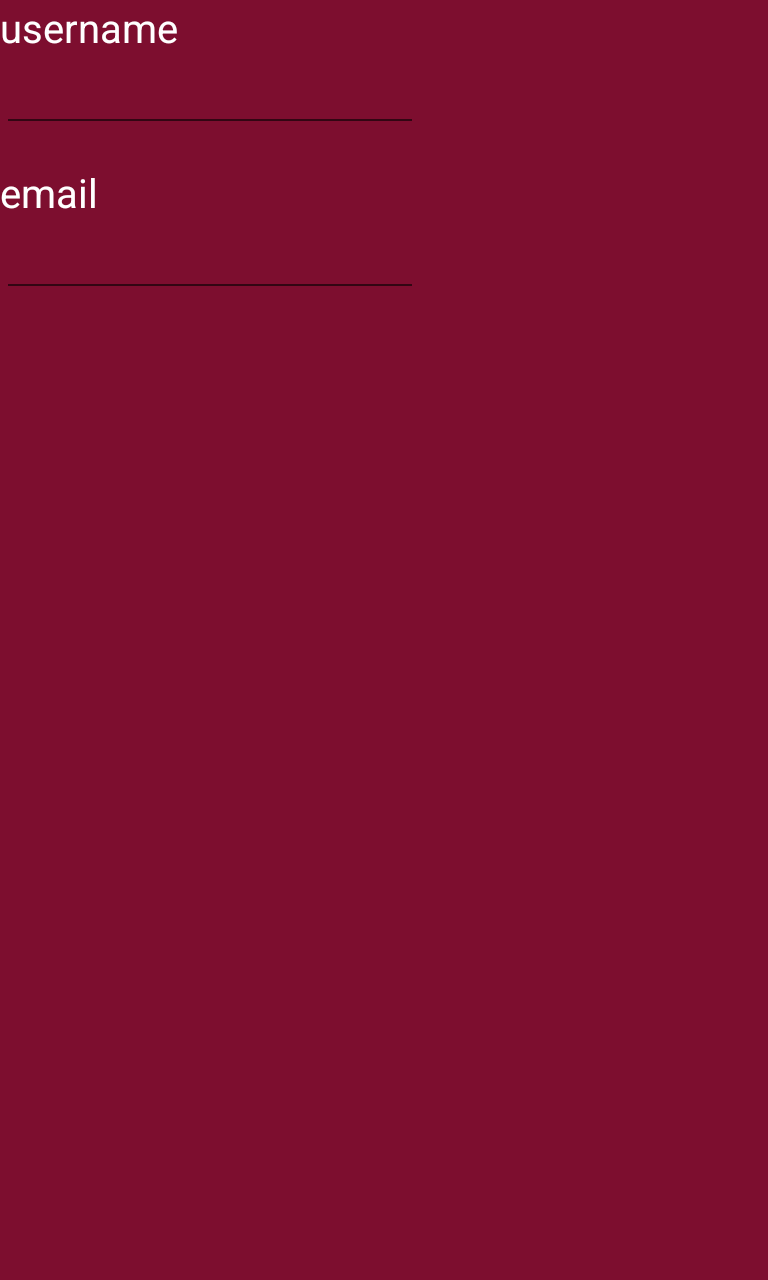
Repository: janemuthoni/icon
Layout: Exam/res/layout/register.xml
These files come from the project's save history. The layout is drawn as it stood at one moment and after the next save; the edit follows.
It is drawn on a 768 x 1280 px phone screen (xhdpi) without system bars, with theme AppTheme; the app's code is not run.

Above is the layout before, as saved 2014-08-07 07:09:23.

### Exam/res/layout/register.xml
<?xml version="1.0" encoding="utf-8"?>
<LinearLayout xmlns:android="http://schemas.android.com/apk/res/android"
    android:layout_width="match_parent"
    android:layout_height="match_parent"
    android:orientation="vertical"
    android:background="@color/violet">
     <TextView
           android:id="@+id/username"
           android:layout_width="wrap_content"
           android:layout_height="wrap_content"
           android:text="@string/Username"
           android:textSize="20sp"
           android:textColor="@color/white" />

       <EditText
           android:id="@+id/editText2"
           android:layout_width="wrap_content"
           android:layout_height="wrap_content"
           android:ems="10"
           android:inputType="textPersonName" />

       <TextView
           android:id="@+id/email"
           android:text="@string/email"
           android:textColor="@color/white"
           android:layout_width="wrap_content"
           android:layout_height="wrap_content"
           android:layout_marginTop="14dp"
           android:textSize="20sp" />

       <EditText
           android:id="@+id/editText4"
           android:layout_width="wrap_content"
           android:layout_height="wrap_content"
           android:ems="10"
           android:inputType="textEmailAddress" />



</LinearLayout>

### Exam/res/values/color.xml
<?xml version="1.0" encoding="utf-8"?>
<resources>
     <color name="grey">#A49F99</color>
      <color name="blue">#170674</color>
      <color name="green">#C81B1B</color>
      <color name="lightgreen">#7FDC33</color>
      <color name="darkgrey">#666D61</color>
      <color name="white">#FFFFFF</color>
      <color name="black">#1F1D1D</color>
      <color name="pink">#E1FBA2F7</color>
      <color name="lightgrey">#EBE0E3</color>
      <color name="cyan">#5CAD7C</color>
      <color name="greengrass">#08893C</color>
      <color name="yellow">#FDFF4F</color>
      <color name="violet">#7D0E2F</color>


</resources>

### Exam/res/values/strings.xml
<?xml version="1.0" encoding="utf-8"?>
<resources>

    <string name="app_name">Exam</string>
    <string name="hello_world">Hello world!</string>
    <string name="action_settings">Settings</string>
    <string name="firstname">firstname</string>
    <string name="email">email</string>
    <string name="idnumber">idnumber</string>
    <string name="password">password</string>
    <string name="Username">username</string>
    <string name="buttonback">back</string>
    <string name="btndisplay">display</string>
</resources>

Loaded but not shown: Exam/res/values/styles.xml (common file); Exam/res/values-v11/styles.xml (common file); Exam/res/values-v14/styles.xml (common file)

After the next save:
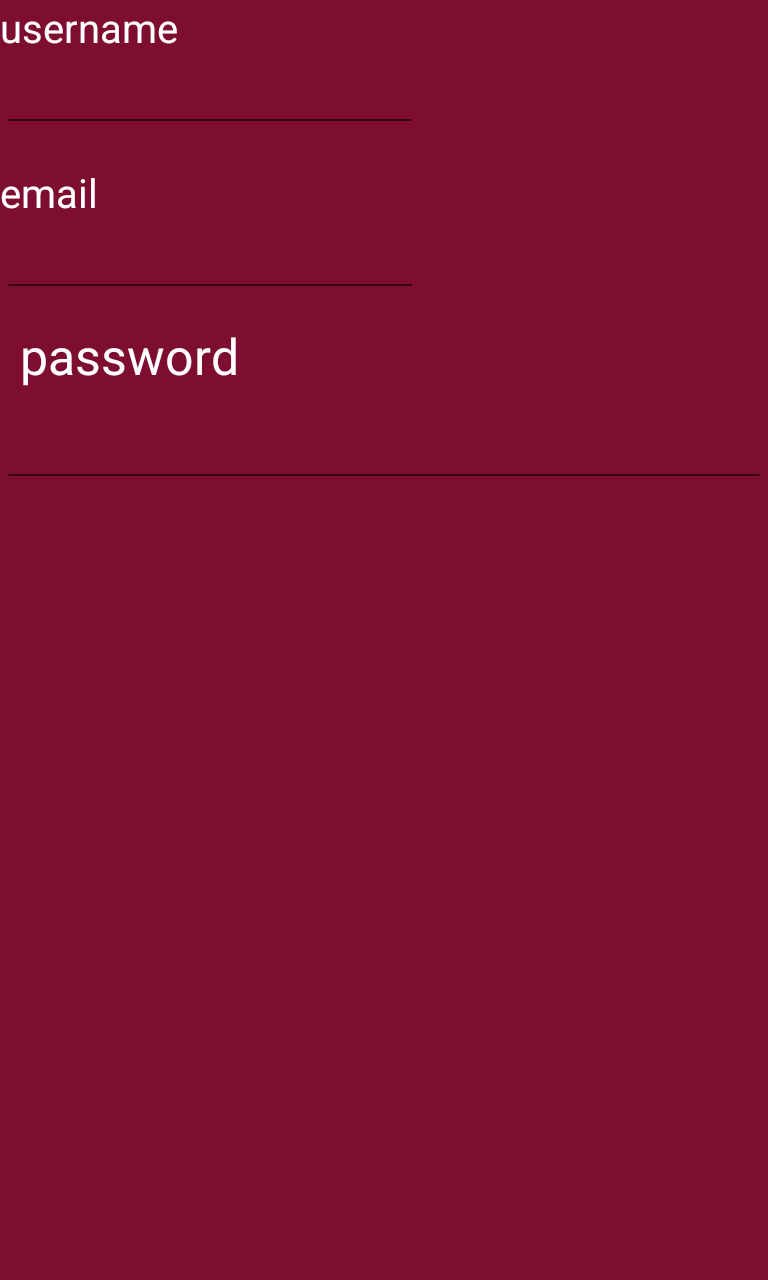
Saved 82 s later.
--- a/Exam/res/layout/register.xml
+++ b/Exam/res/layout/register.xml
@@ -35,6 +35,22 @@
            android:ems="10"
            android:inputType="textEmailAddress" />
 
+   <TextView
+     android:id="@+id/password"
+     android:layout_width="wrap_content"
+     android:layout_height="wrap_content"
+     android:text="@string/password"
+     android:textSize="25sp"
+     android:textColor="@color/white"
+     android:layout_margin="10dp"/>
+
+      <EditText
+     android:id="@+id/editText1"
+     android:layout_width="match_parent"
+     android:layout_height="wrap_content"
+     android:ems="10"
+     android:inputType="textPassword" />
+
 
 
 </LinearLayout>
